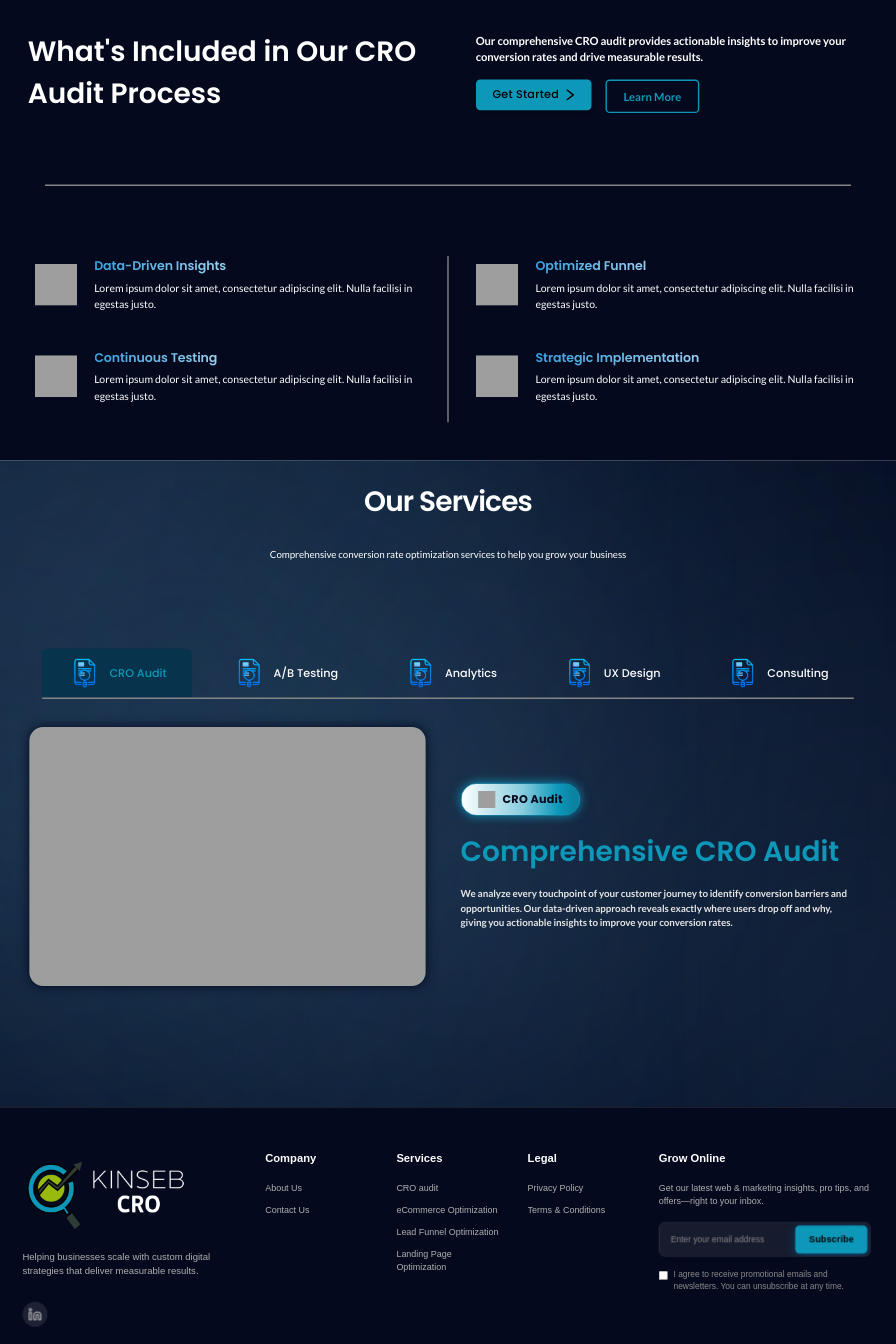
Repository: YahyaK01/kinseb
Page: /services
An editor plug-in stored every save of this project. The page is shown before and after the next save, followed by the edit.
The browser window is 1280 px wide. The pictures show the part of the page from y = 1742 to 3662 px (the page is 3757 px tall), at 70% of full size.
Pictures or frames that could not be fetched are drawn as grey boxes. The project was rebuilt for these pictures with package versions that can differ from the ones it lists, and the page was loaded fresh each time. Also part of the build but not shown: src/components/FAQ.js, src/components/CTA.jsx, src/components/MetricsSection.jsx, src/components/WhyCROMatter.jsx, src/components/Processsection.jsx, src/components/Hero.jsx, src/components/CEO.jsx, src/components/Testimonia.jsx and 14 more.

Above is the page before, as saved 2025-12-05 18:03:20.

After the next save:
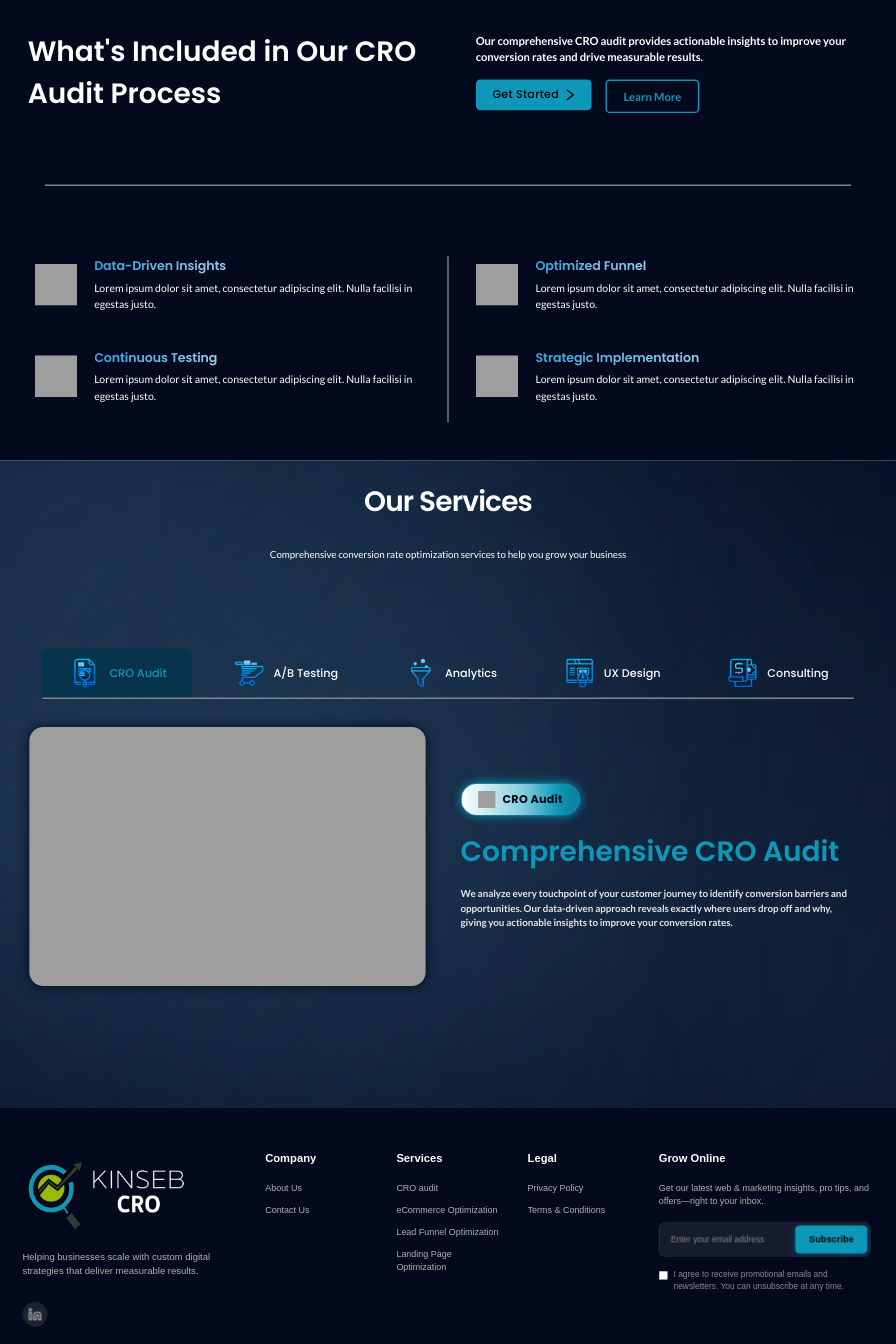
Saved 7 s later.
--- a/src/components/ServiceTabSection.jsx
+++ b/src/components/ServiceTabSection.jsx
@@ -344,10 +344,10 @@
   // Tab Data
   const tabs = [
     { icon: '/images/101.png', text: 'CRO Audit' },
-    { icon: '/images/101.png', text: 'A/B Testing' },
-    { icon: '/images/101.png', text: 'Analytics' },
-    { icon: '/images/101.png', text: 'UX Design' },
-    { icon: '/images/101.png', text: 'Consulting' },
+    { icon: '/images/102.png', text: 'A/B Testing' },
+    { icon: '/images/103.png', text: 'Analytics' },
+    { icon: '/images/104.png', text: 'UX Design' },
+    { icon: '/images/105.png', text: 'Consulting' },
   ];
 
   // Service Content Data
